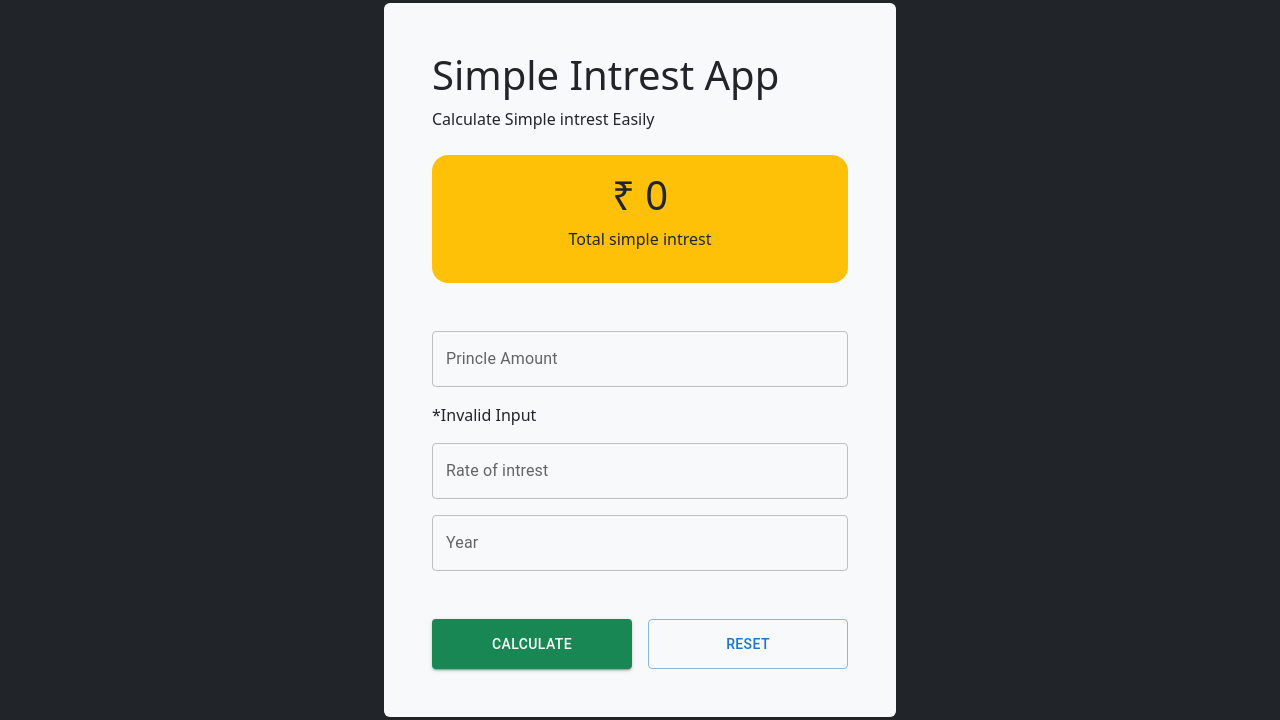
Repository: Afraz13/simple-intrest
Page: /
An editor plug-in stored every save of this project. The page is shown before and after a run of saves, followed by the edit.
The browser window is 1280 px wide. The pictures show the whole page.
The project was rebuilt for these pictures with package versions that can differ from the ones it lists, and the page was loaded fresh each time. Also part of the build but not shown: src/index.css, src/App.css.

Above is the page before, as saved 2024-07-16 12:15:57.

### public/index.html
<!DOCTYPE html>
<html lang="en">
  <head>
    <meta charset="utf-8" />

    <meta name="viewport" content="width=device-width, initial-scale=1" />
    <link href="https://cdn.jsdelivr.net/npm/bootstrap@5.3.3/dist/css/bootstrap.min.css" rel="stylesheet" integrity="sha384-QWTKZyjpPEjISv5WaRU9OFeRpok6YctnYmDr5pNlyT2bRjXh0JMhjY6hW+ALEwIH" crossorigin="anonymous">

    <title>Simple Intrest</title>
  </head>
  <body>

    <div id="root"></div>

  </body>
</html>

### src/App.js

import './App.css';
import { TextField } from '@mui/material';
import Stack from '@mui/material/Stack';
import { Button } from '@mui/material';
import { useState } from 'react';


function App() {

  const [interest, setInterest]=useState(0)
  const [principle, setPrinciple] = useState(0)
  const [rate, setRate]=useState(0)
  const [year, setYear]=useState(0)
  const [isprinciple, setIsprinciple]=useState(true)

  const getValidate =(e)=>{
    const {name,value}=e.target
    // console.log(name,value);
    // !!value.match(/^[0-9]$/) !!if convert into boolean
    if(!!value.match(/^[0-9]$/) ){
      setPrinciple(value)
      setIsprinciple(true)
    }
    else{
      setPrinciple(value)
      setIsprinciple(true)
    }


  }

  return (
    <div style={{height:'100vh'}} className='d-flex justify-content-center align-items-center w-100 bg-dark'>
    <div className='bg-light p-5 rounded'>
    <h1>Simple Intrest App</h1>
    <p>Calculate Simple intrest Easily</p>
    <div className='bg-warning d-flex justify-content-center align-items-center p-3 flex-column rounded-4 mt-4 '>
      <h1>₹ {interest}</h1>
      <p>Total simple intrest</p>
    </div>
    <form action="" className='mt-5'>
     <div className='mb-3'>
     <TextField value={principle || ""} name='principle' onChange={(e)=>getValidate(e)}  className='w-100' id="outlined-basic" label="Princle Amount" variant="outlined" />
     </div>
     <div>
      <p className='text-dan'>*Invalid Input</p>
     </div>
     <div className='mb-3'>
     <TextField value={rate || ""} className='w-100' id="outlined-basic" label="Rate of intrest" variant="outlined" />
     </div>
     <div className='mb-3'>
     <TextField value={year || ""} className='w-100' id="outlined-basic" label="Year" variant="outlined" />
     </div>
     <Stack className='mt-5' direction="row" spacing={2}>
     <Button className='bg-success' style={{width:'200px',height:'50px'}} variant="contained">Calculate</Button>
     <Button variant="outlined" style={{width:'200px',height:'50px'}}>Reset</Button>
</Stack>
    </form>
    </div>
    </div>
  );
}

export default App;

Loaded but not shown: src/index.js (common file)

After the next 4 saves:
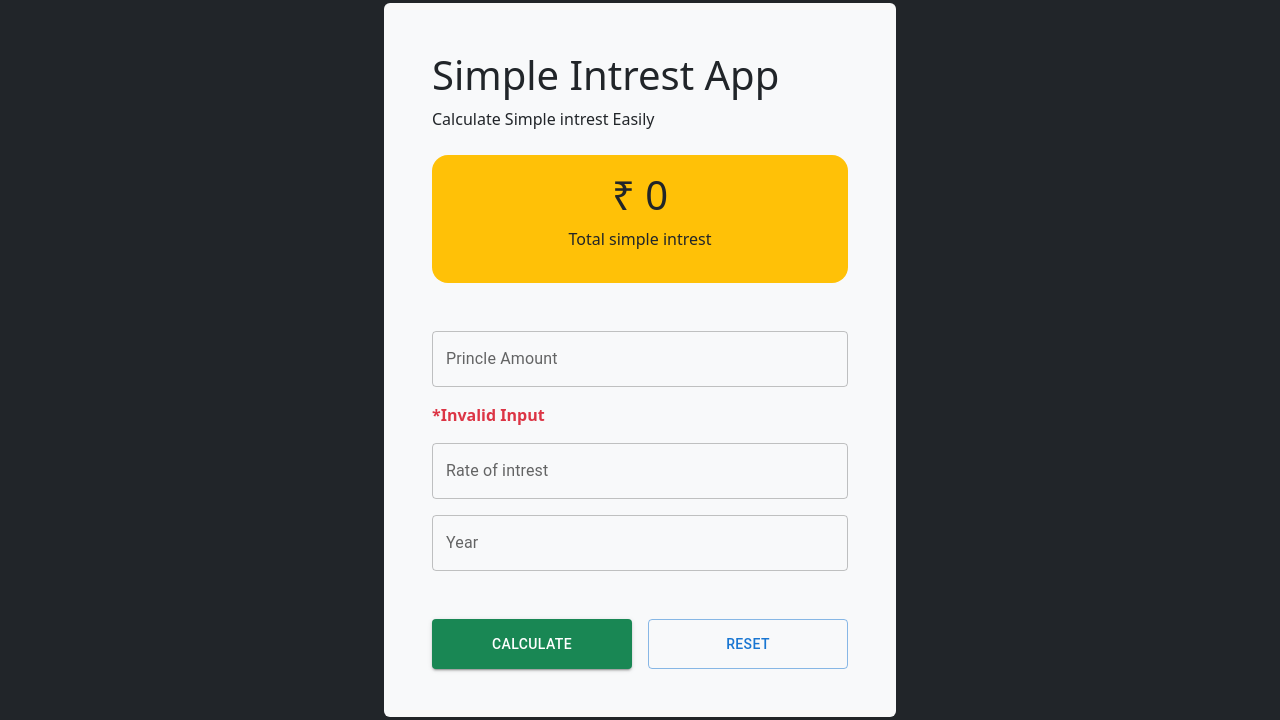
The 4 saves are shown as one change because they came seconds apart.
The last was saved 15 s later.
--- a/src/App.js
+++ b/src/App.js
@@ -44,7 +44,7 @@ function App() {
      <TextField value={principle || ""} name='principle' onChange={(e)=>getValidate(e)}  className='w-100' id="outlined-basic" label="Princle Amount" variant="outlined" />
      </div>
      <div>
-      <p className='text-dan'>*Invalid Input</p>
+      <p className='text-danger fw-bold'>*Invalid Input</p>
      </div>
      <div className='mb-3'>
      <TextField value={rate || ""} className='w-100' id="outlined-basic" label="Rate of intrest" variant="outlined" />
